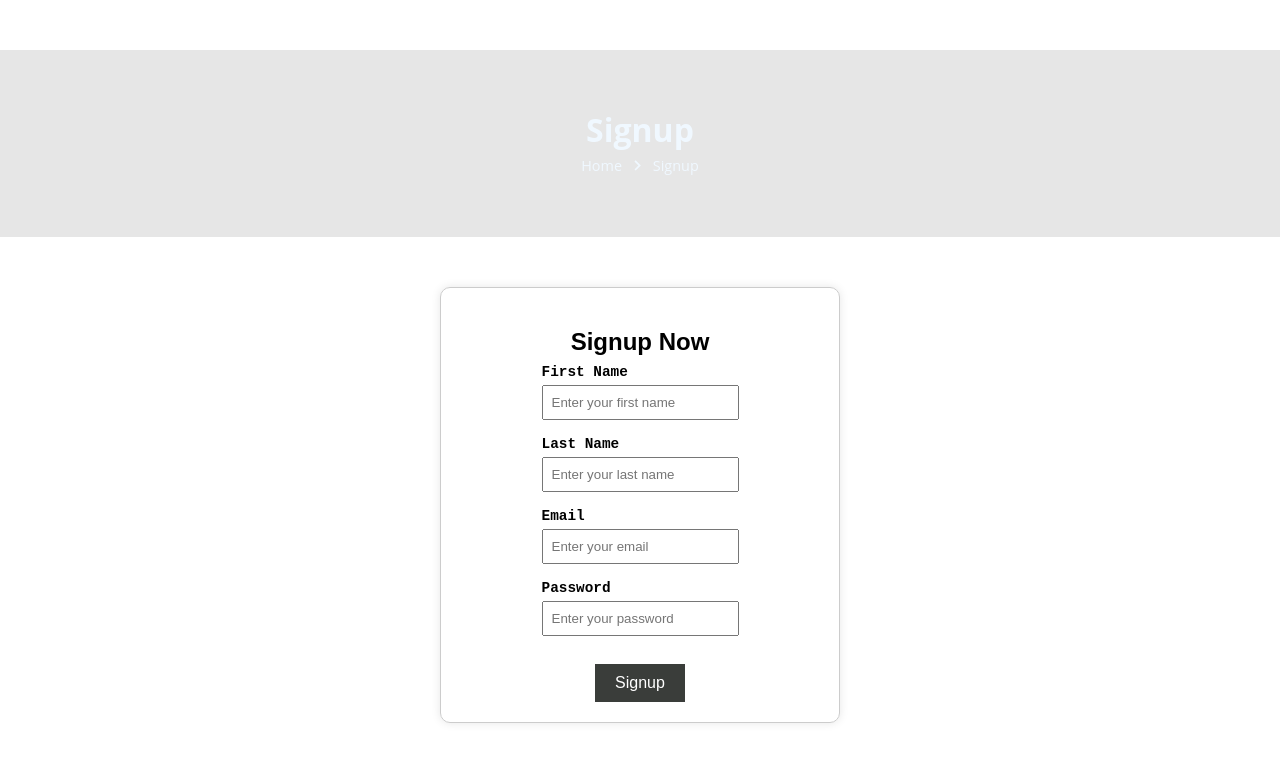
Repository: jkvekariya/Online-store-Management
Page: /auth/signup (app in frontend/client/)
An editor plug-in stored every save of this project. The page is shown before and after the next save, followed by the edit.
The browser window is 1280 px wide. The pictures show the whole page.
The project was rebuilt for these pictures with package versions that can differ from the ones it lists, and the page was loaded fresh each time. Also part of the build but not shown: frontend/client/vite.config.js, frontend/client/src/css/header.css, frontend/client/src/css/sidebar.css, frontend/client/src/components/Sidebar.jsx, frontend/client/src/context/CartContext.jsx, frontend/client/src/components/Header.jsx, frontend/client/src/css/footer.css, frontend/client/src/components/Footer.jsx and 11 more.

Above is the page before, as saved 2026-01-02 13:37:28.

### frontend/client/index.html
<!doctype html>
<html lang="en">
  <head>
    <meta charset="UTF-8" />
    <link rel="icon" type="image/svg+xml" href="/vite.svg" />
    <meta name="viewport" content="width=device-width, initial-scale=1.0" />
    <title>Online Store Management System</title>
  </head>
  <body>
    <div id="root"></div>
    <script type="module" src="/src/main.jsx"></script>
  </body>
</html>

### frontend/client/src/main.jsx
import React from 'react'
import ReactDOM from 'react-dom/client'
import { BrowserRouter } from 'react-router-dom'
import App from './App.jsx'
import './index.css'

ReactDOM.createRoot(document.getElementById('root')).render(
  <React.StrictMode>
    <BrowserRouter>
      <App />
    </BrowserRouter>
  </React.StrictMode>,
)

### frontend/client/src/App.jsx
import { Routes, Route } from "react-router-dom";

import AuthLayout from "./layout/AuthLayout";
import UserLayout from "./layout/UserLayout";
import AdminLayout from "./layout/AdminLayout";

import Login from "./pages/auth/Login";
import Signup from "./pages/auth/Signup";
import Home from "./pages/user/Home";
import Dashboard from "./pages/admin/Dashboard";
import Contact from "./pages/user/Contact";
import About from "./pages/user/About";
import Services from "./pages/user/Services";
import Shop from "./pages/user/Shop";

function App() {
  return (
    <Routes>

      {/* AUTH ROUTES */}
      <Route path="/auth" element={<AuthLayout />}>
        <Route path="login" element={<Login />} />
        <Route path="signup" element={<Signup />} />
      </Route>

      {/* USER ROUTES */}
      <Route path="/" element={<UserLayout />}>
        <Route index element={<Home />} />
        <Route path="pages/user/contact" element={<Contact />} />
        <Route path="pages/user/about" element={<About />} />
        <Route path="pages/user/services" element={<Services />} />
        <Route path="pages/user/shop" element={<Shop />} />
      </Route>

      {/* ADMIN ROUTES */}
      <Route path="/admin" element={<AdminLayout />}>
        <Route path="dashboard" element={<Dashboard />} />
      </Route>

    </Routes>
  );
}

export default App;

### frontend/client/src/index.css
* {
  margin: 0;
  padding: 0;
  box-sizing: border-box;
}

#root {
  min-height: 100vh;
}

### frontend/client/src/layout/AuthLayout.jsx
import { Outlet } from "react-router-dom";

const AuthLayout = () => {
  return (
    <div>
      {/* <h2>Auth Section</h2> */}
      <Outlet />
    </div>
  );
};

export default AuthLayout;

### frontend/client/src/pages/auth/Signup.jsx
import React, { useState } from 'react'
import "../../css/signup.css"
import Bodyheader from '../../components/BodyHeader';

const Signup = () => {

    const [email,setEMail] = useState("");
    const [password,setPassword] = useState("");
    const [firstName,setFirstName] = useState("");
    const [lastName,setLastName] = useState("");

  return (
    <>
    <Bodyheader title="Signup" />
    <div className='main-container'>
      <h2>Signup Now</h2>
      <div className='first-name-box'>
            <label htmlFor="text">First Name</label>
            <input type="text"
            id="first-name"
            value={firstName}
            onChange={(e) => setFirstName(e.target.value)}
            placeholder='Enter your first name'
            />
        </div>
        <div className='last-name-box'>
            <label htmlFor="text">Last Name</label>
            <input type="text"
            id="last-name"
            value={lastName}
            onChange={(e) => setLastName(e.target.value)}
            placeholder='Enter your last name'
            />
        </div>
        <div className='email-box'>
            <label htmlFor="email">Email</label>
            <input type="email"
            id="email"
            value={email}
            onChange={(e) => setEMail(e.target.value)}
            placeholder='Enter your email'
            />
        </div>
        <div className='password-box'>
            <label htmlFor="password">Password</label>
            <input type="password"
            id="password"
            value={password}
            onChange={(e) => setPassword(e.target.value)}
            placeholder='Enter your password'
            />
        </div>
      <div className='btn'>
            <button onClick={() => {}}>Signup</button>
      </div>
    </div>
    </>
  )
}

export default Signup

### frontend/client/src/css/login.css
.main-container{
    width: 400px;
    margin: auto;
    border: 1px solid #ccc;
    padding: 20px;
    border-radius: 10px;
    box-shadow: 0 0 10px rgba(0, 0, 0, 0.1);
    margin-top: 50px;
    font-family: Arial, sans-serif;
    display: flex;
    justify-content: center;
    align-items: center;
    flex-direction: column;
}

label{
    font-size: 0.9rem;
    display: block;
    font-family: 'Courier New', Courier, monospace;
    font-weight: 700;
    /* margin-bottom: 5px; */
}

.main-container .email-box,.password-box{
 margin: 0.5rem 0;
}

input{
    padding: 8px;
    width: 100%;
    margin-top: 5px;
}

.main-container h2{
    text-align: center;
    margin-top: 20px;
}

.btn{
    width: 100%;
    text-align: center;
}

button{
    margin-top: 20px;
    padding: 10px 20px;
    font-size: 16px;
    cursor: pointer;
    background-color: #3a3d3a;
    color: white;
    border: none;
}

### frontend/client/src/css/signup.css
.main-container{
    width: 400px;
    /* margin: auto; */
    border: 1px solid #ccc;
    padding: 20px;
    border-radius: 10px;
    box-shadow: 0 0 10px rgba(0, 0, 0, 0.1);
    margin-top: 50px;
    font-family: Arial, sans-serif;
    display: flex;
    justify-content: center;
    align-items: center;
    flex-direction: column;
}

label{
    font-size: 0.9rem;
    display: block;
    font-family: 'Courier New', Courier, monospace;
    font-weight: 700;
    /* margin-bottom: 5px; */
}

.main-container .email-box,.password-box,.first-name-box,.last-name-box{
 margin: 0.5rem 0;
}

input{
    padding: 8px;
    width: 100%;
    margin-top: 5px;
}

.main-container h2{
    text-align: center;
    margin-top: 20px;
}

.btn{
    width: 100%;
    text-align: center;
}

button{
    margin-top: 20px;
    padding: 10px 20px;
    font-size: 16px;
    cursor: pointer;
    background-color: #3a3d3a;
    color: white;
    border: none;
}

### frontend/client/src/components/BodyHeader.jsx
import "../css/bodyheader.css"
import {Link} from 'react-router-dom'
import { MdKeyboardArrowRight } from "react-icons/md";

const Bodyheader = ({title}) => {
  return (
    <>
        <div className="b-header-bg">
            <div className="page-title">
                <h2>{title}</h2>
                <div className="ul-links">
                <ul>
                    <li>
                        <Link to='/Home'>Home</Link>
                    </li>
                       <li><MdKeyboardArrowRight/></li>
                    <li>
                        <Link to=''>{title}</Link>
                    </li>
                </ul>
                </div>
            </div>
        </div>
    </>
  )
}

export default Bodyheader;

### frontend/client/src/css/bodyheader.css
* {
    padding: 0;
    margin: 0;
    box-sizing: border-box;
  }

:root {
    --background-color: #E6E6E6;
}

  .b-header-bg {
    margin-top: 50px;
    height: 26vh;
    width: 100vw;
    /* background-color: aqua; */
    background: var(--background-color);
    /* background-blend-mode: darken; */
    /* background-size: cover; */
    /* background-repeat: no-repeat; */
    /* background-position: center; */
    /* background-position-y: 56%; */
    display: flex;
    justify-content: center;
    align-items: center;
  }

  .b-header-bg .page-title {
    height: 10rem;
    width: 20rem;
    display: grid;
    place-items: center;
    align-content: center;
  }

  .b-header-bg .page-title h2 {
    font-size: 2rem;
    color: aliceblue;
    font-family: "Open Sans", sans-serif;
    font-weight: 700;
    font-style: normal;
    position: relative;
    z-index: 100;
  }

   .b-header-bg .page-title .ul-links ul{
    /* height: 4rem; */
    width: 10rem;
    display: flex;
    justify-content: center;
    align-items: center;
    gap:0;
  }

  .b-header-bg .page-title .ul-links ul li{
    /* height: 2rem; */
    display: flex;
    justify-content: center;
    align-items: center;
  }

  .b-header-bg .page-title .ul-links ul li svg{
      font-size: 1.3rem;
      color: aliceblue;
  }

  .b-header-bg .page-title .ul-links ul li a{
    width: max-content;
    text-decoration: none;
    padding: 5px;
    color: aliceblue;
    font-family: "Open Sans", sans-serif;
    font-weight: 400;
    font-size: 0.9rem;
    font-style: normal;
  }

  .b-header-bg .page-title .ul-links ul li a:hover{
      color: #dd2476;
  }

Loaded but not shown: frontend/client/src/css/header.css (no copy from this time; the picture is the same without it)

After the next save:
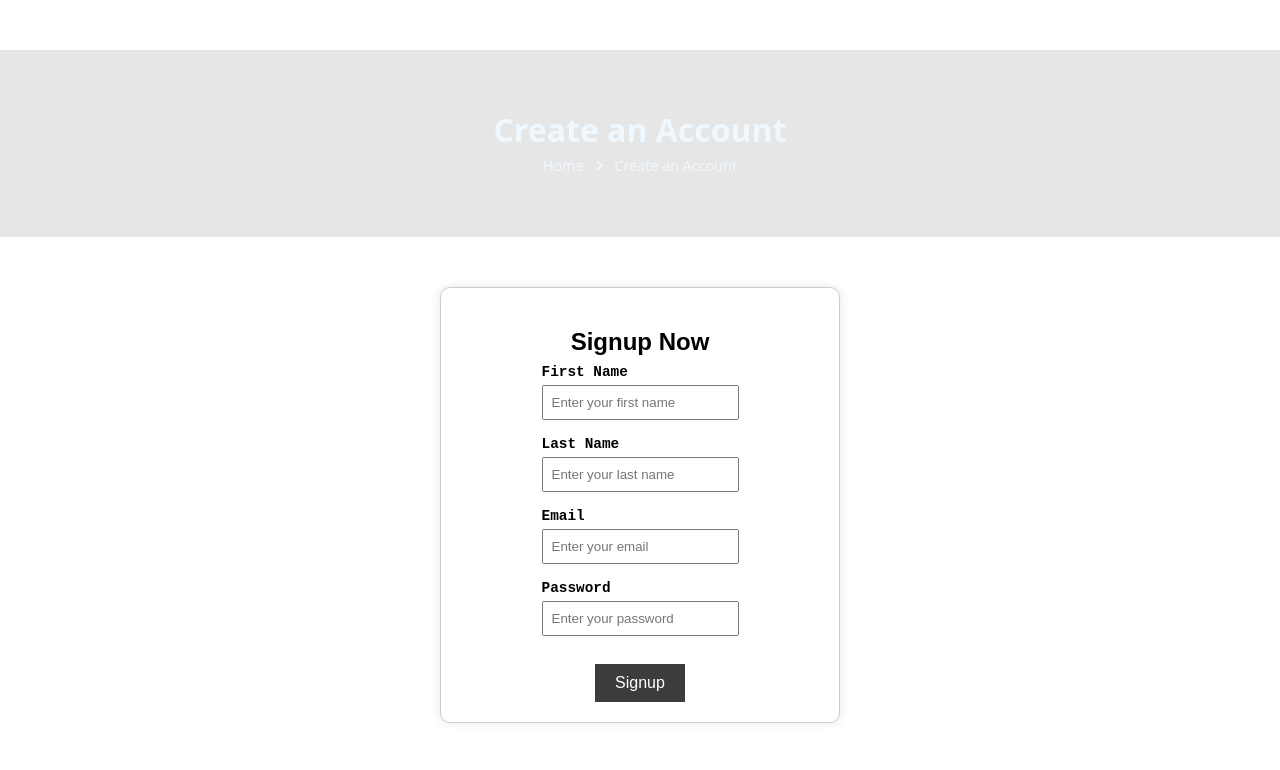
Saved 54 s later.
--- a/frontend/client/src/pages/auth/Signup.jsx
+++ b/frontend/client/src/pages/auth/Signup.jsx
@@ -11,7 +11,7 @@ const Signup = () => {
 
   return (
     <>
-    <Bodyheader title="Signup" />
+    <Bodyheader title="Create an Account" />
     <div className='main-container'>
       <h2>Signup Now</h2>
       <div className='first-name-box'>
